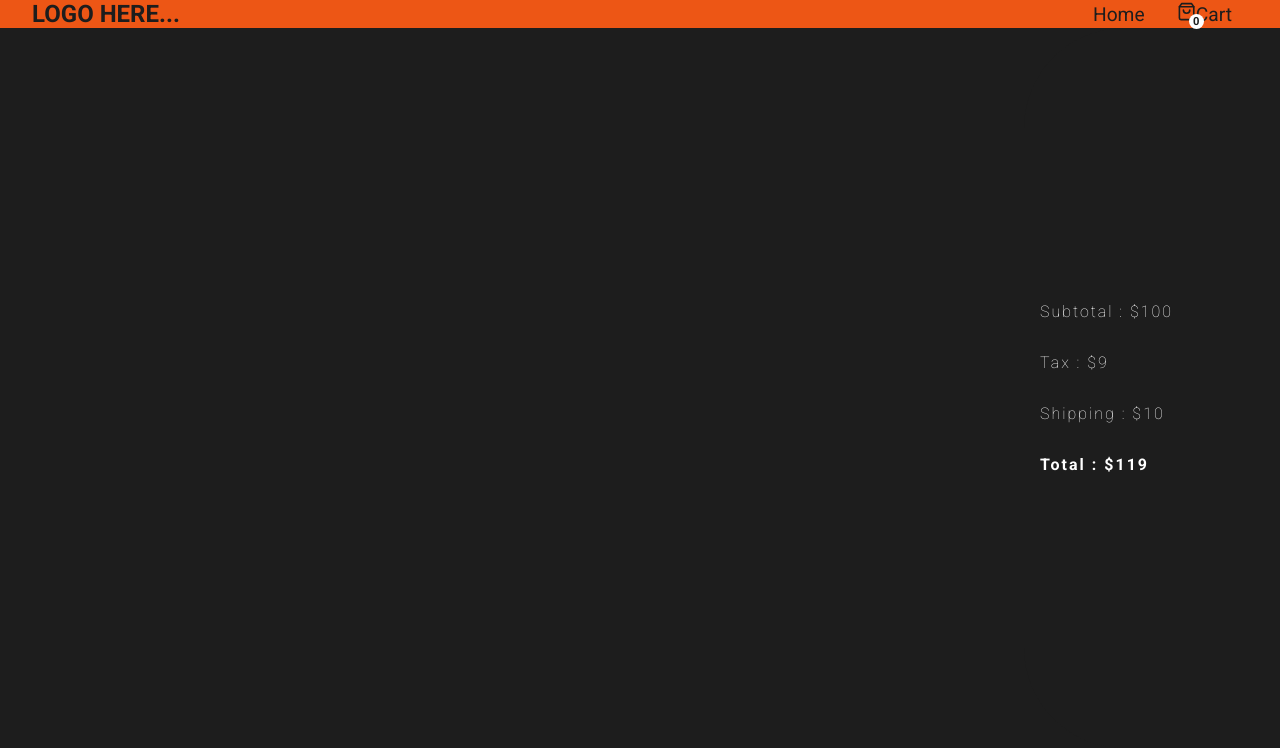
Repository: suraj-yadav7/eCommerce-Cart-React
Page: /cart
An editor plug-in stored every save of this project. The page is shown before and after the next save, followed by the edit.
The browser window is 1280 px wide. The pictures show the whole page.
The project was rebuilt for these pictures with package versions that can differ from the ones it lists, and the page was loaded fresh each time. Also part of the build but not shown: src/Components/Home.jsx.

Above is the page before, as saved 2023-03-25 22:48:54.

After the next save:
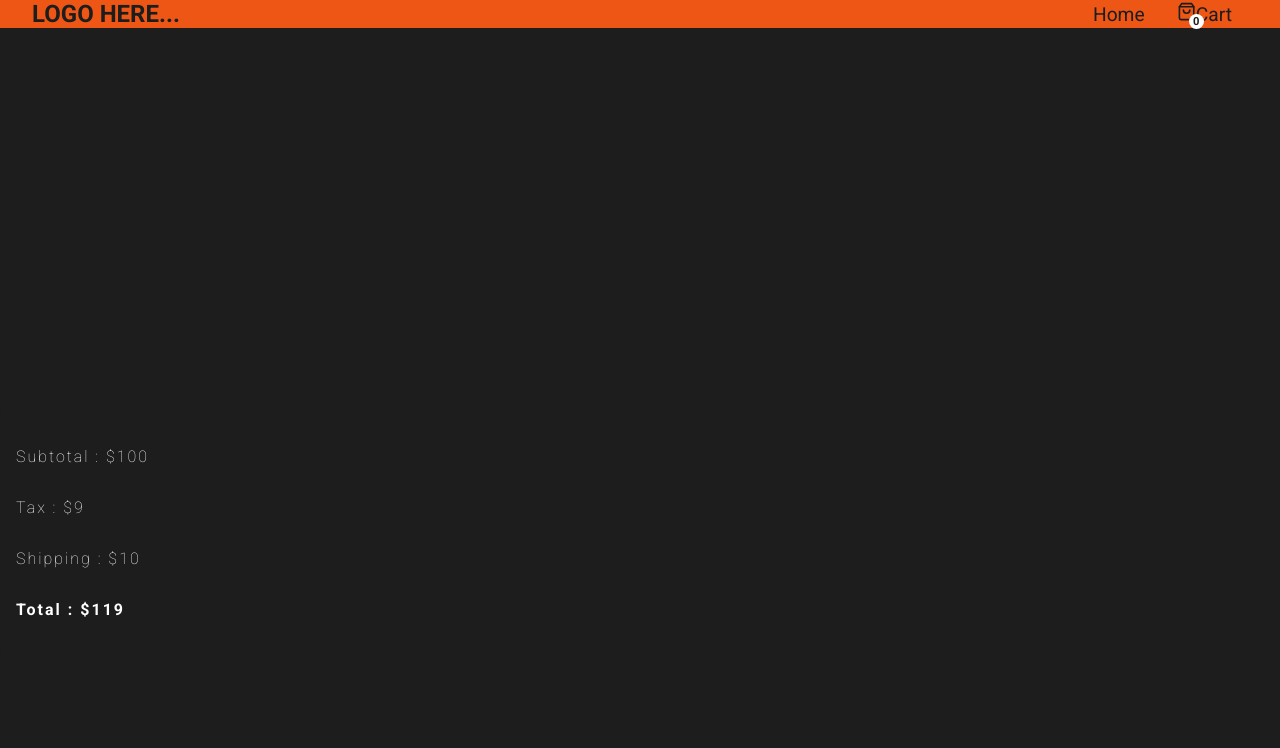
Saved 17 s later.
--- a/src/Components/Cart.jsx
+++ b/src/Components/Cart.jsx
@@ -6,6 +6,8 @@
     return(
         <>
         <div className="cart">
+        <demoDiv/>
+
             <main>
                 <CardItem
                 imgSrc={img1}
@@ -14,7 +16,6 @@
                 qnty={1}
                 id={"sldflkm1"}
                 />
-                <demoDiv/>
                 </main>
             <aside>
                 <h2>Subtotal : ${100}</h2>

After the save that followed:
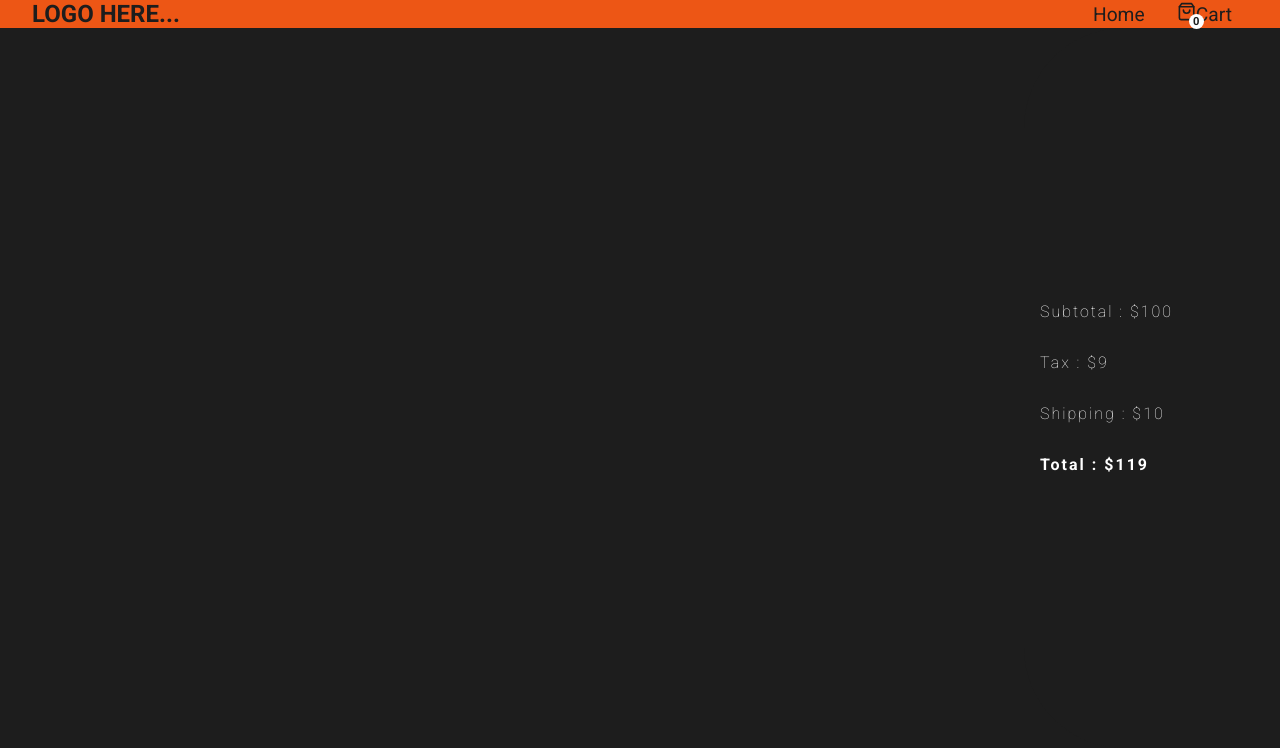
Saved 7 s later.
--- a/src/Components/Cart.jsx
+++ b/src/Components/Cart.jsx
@@ -6,7 +6,6 @@
     return(
         <>
         <div className="cart">
-        <demoDiv/>
 
             <main>
                 <CardItem
